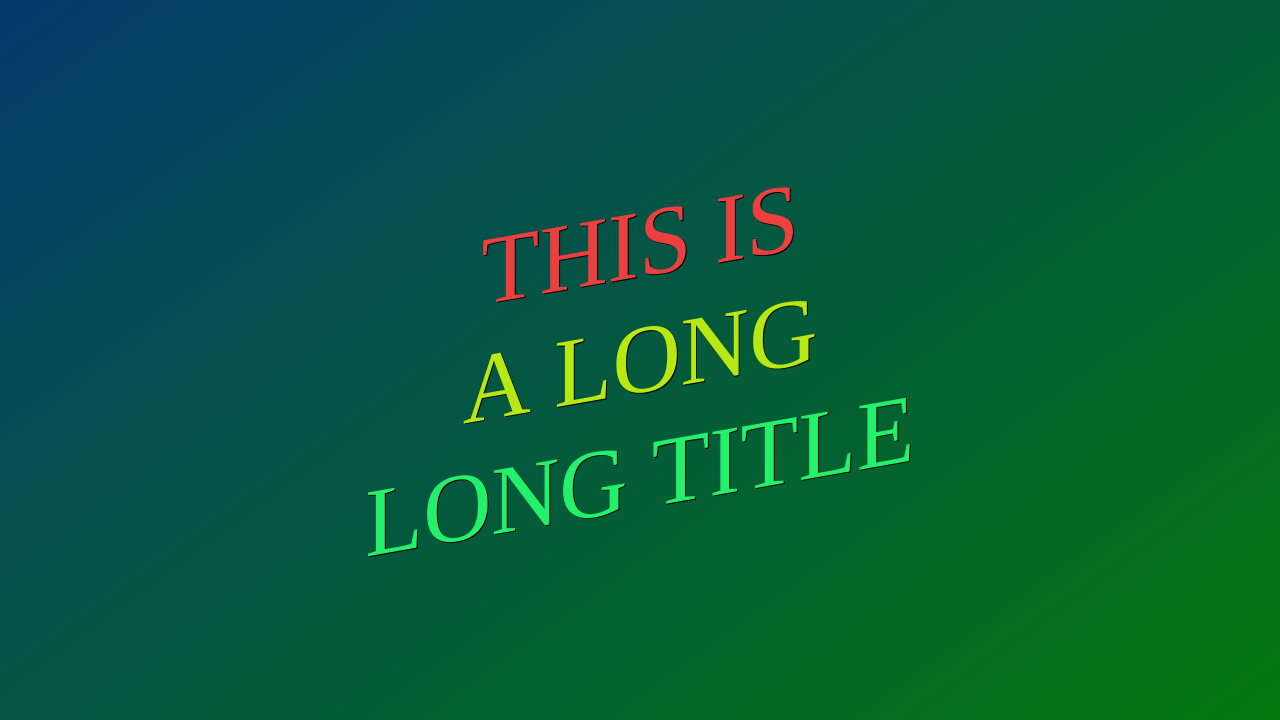
Repository: zuuo/--
Page: 文字入场动画1/index.html
An editor plug-in stored every save of this project. The page is shown before and after the next save, followed by the edit.
The browser window is 1280 px wide. The pictures show the whole page.
The style sheet was rebuilt from its Sass, Less or Tailwind sources for each picture, by a compiler version that may differ from the author's.

Above is the page before, as saved 2024-03-03 21:16:02.

### 文字入场动画1/index.html
<!DOCTYPE html>
<html lang="en">

<head>
    <meta charset="UTF-8">
    <meta name="viewport" content="width=device-width, initial-scale=1.0">
    <title>文字入场动画1</title>
    <link rel="stylesheet" href="./style.css">
</head>

<body>
    <p class="title">THIS IS</p>
    <p class="title">A LONG</p>
    <p class="title">LONG TITLE</p>
</body>
<script src="index.js"></script>

</html>

### 文字入场动画1/index.js
const titleElements = document.querySelectorAll('.title');
titleElements.forEach(element => {
    let context = element.textContent;
    let spanElements = context.split('').map(letter => `<span>${letter.trim() ? letter : '&nbsp;'}</span>`).join('');
    element.innerHTML = spanElements;
});

### 文字入场动画1/style.less
body {
    padding: 0;
    margin: 0;
    background-image: linear-gradient(-36deg, #03770d, #053b6e);
    width: 100vw;
    height: 100vh;
    display: flex;
    justify-content: center;
    align-items: center;
    flex-direction: column;
    user-select: none;
}

.title {
    font-size: 96px;
    transform: rotate(-10deg);

    line-height: 1;
    margin: 10px 0;
    display: flex;

    &:nth-child(1) {
        color: #ec3f3f;
    }

    &:nth-child(2) {
        color: #b7e814;
    }

    &:nth-child(3) {
        color: #25f06c;
    }

    span {
        transform: skew(-10deg);
        text-shadow: 1px 1px #000;
    }
}

After the next save:
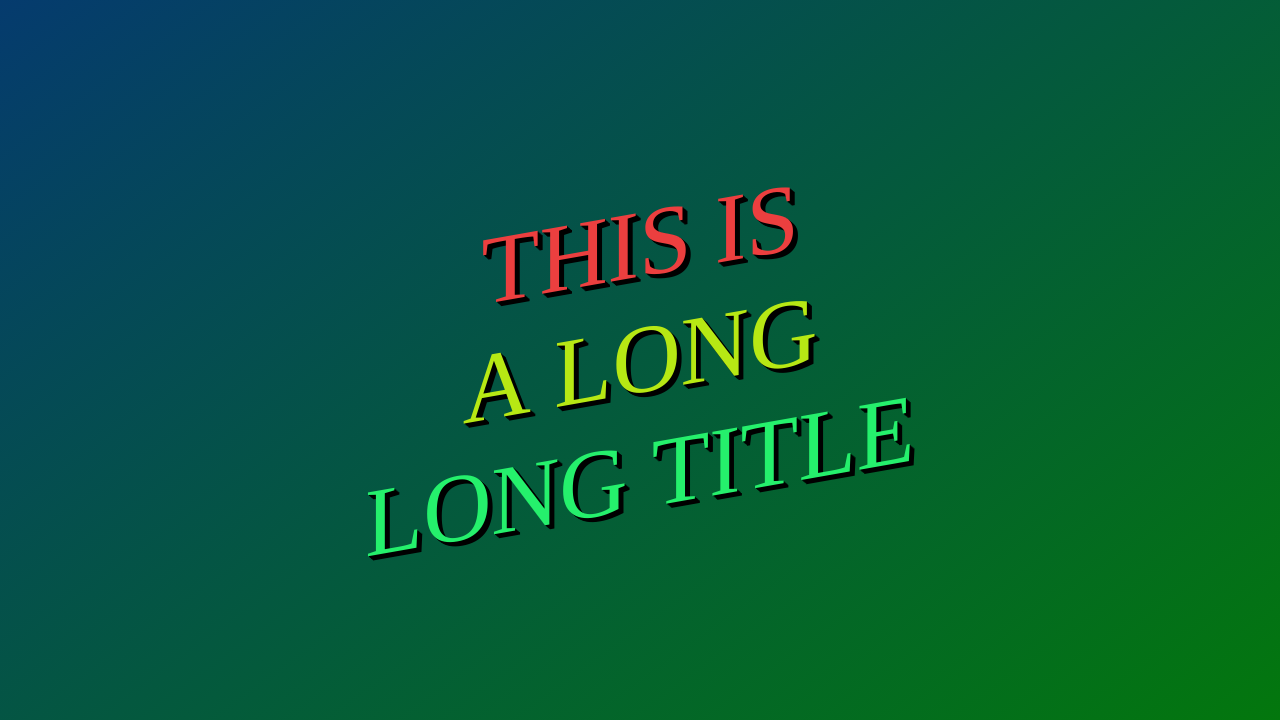
Saved 7 s later.
--- a/文字入场动画1/style.less
+++ b/文字入场动画1/style.less
@@ -33,6 +33,6 @@ body {
 
     span {
         transform: skew(-10deg);
-        text-shadow: 1px 1px #000;
+        text-shadow: 1px 1px #000, 2px 2px #000, 3px 3px #000, 4px 4px #000, 5px 5px #000;
     }
 }
